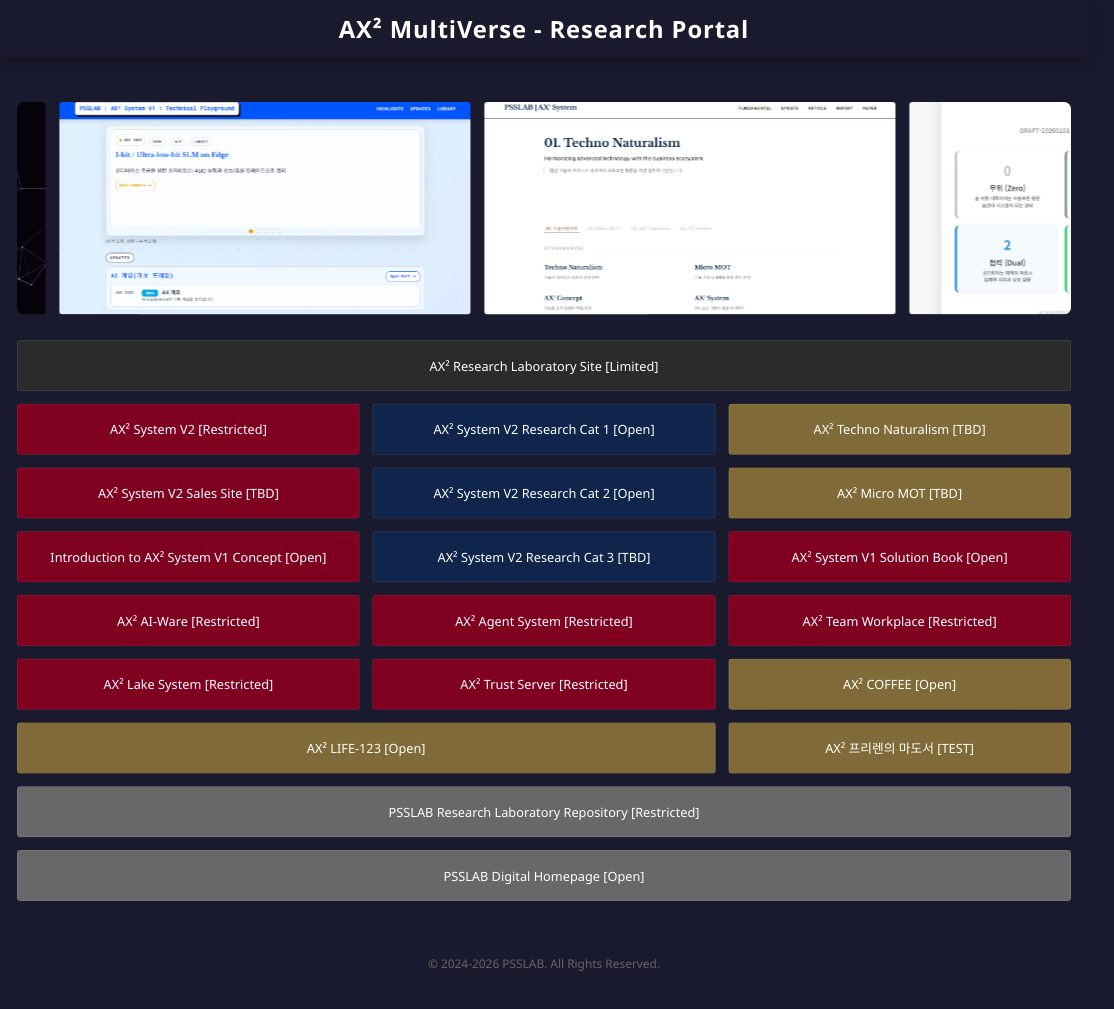
Repository: hycse89/PSSLAB_OpenSite
Page: psslab_multiverse_v3.html
The author's editor kept a copy of each file at every save. The page is drawn from the files as they stood at one save, then again after a run of saves.
The browser window is 1280 px wide. The page is 1310 px wide, so the pictures cover 1310 px, including what lies to the right of the window. The pictures show the whole page, at 85% of full size.

Above is the page before, as saved 2026-01-11 21:53:41.

After the next 2 saves:
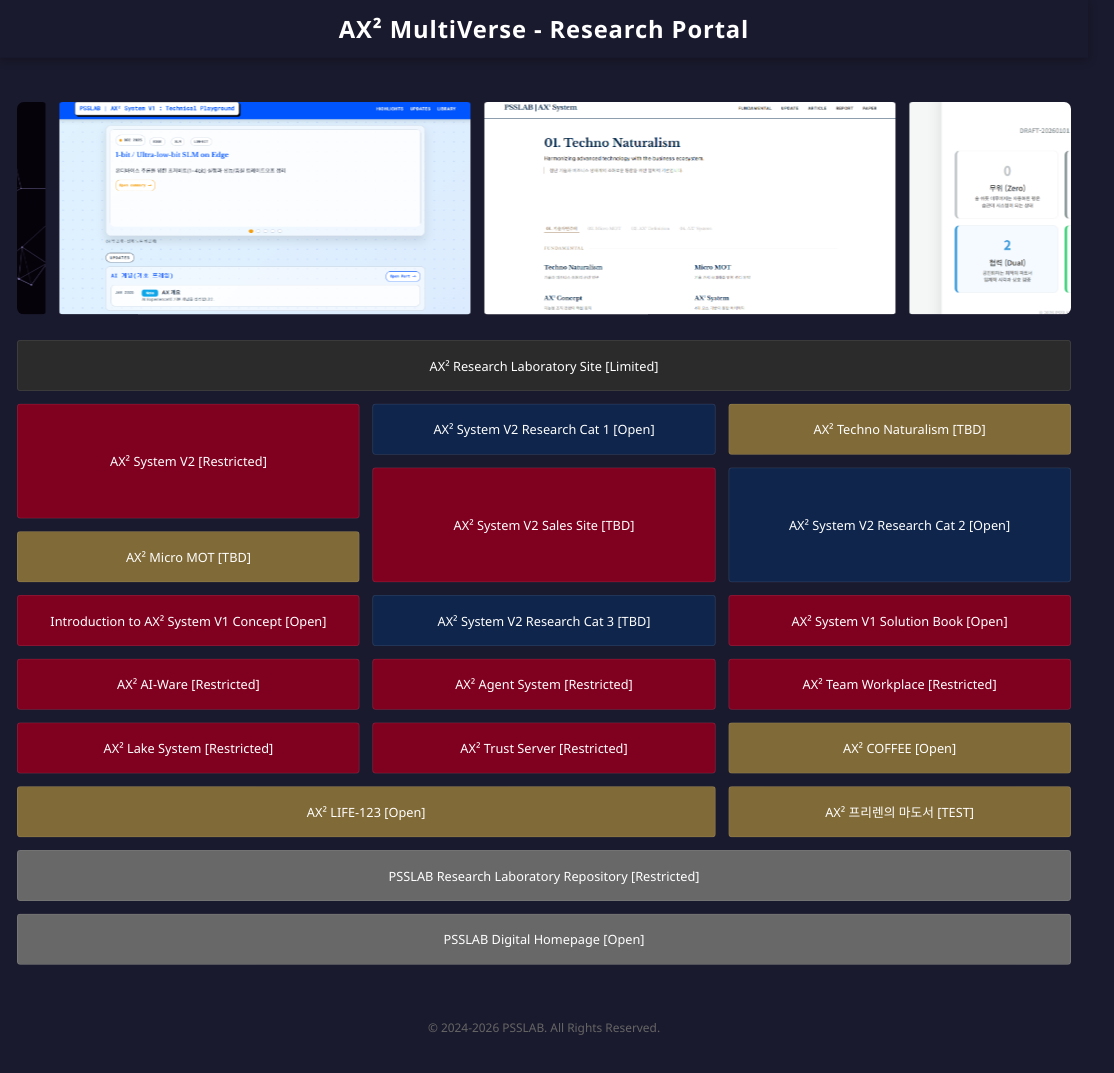
The 2 saves are shown as one change because they came seconds apart.
The last was saved 29 s later.
--- a/psslab_multiverse_v3.html
+++ b/psslab_multiverse_v3.html
@@ -186,12 +186,12 @@
         <div class="link-container">
             <a href="https://hycse89.github.io/PSSLAB_OpenSite/ax2_research_lab/" class="link-button color-4 w-3 h-1">AX² Research Laboratory Site [Limited]</a>
 
-            <a href="http://localhost:8008" class="link-button color-2 h-1">AX² System V2 [Restricted]</a>
+            <a href="http://localhost:8008" class="link-button color-2 h-2">AX² System V2 [Restricted]</a>
             <a href="ax2_v1_20260101/index.html" class="link-button color-1 h-1">AX² System V2 Research Cat 1 [Open]</a>
             <a href="http://localhost:8001/utils/markdown_viewer.html?file=/ax_research/doc/doc_ax_techno_naturalism_v5.md" class="link-button color-3 h-1">AX² Techno Naturalism [TBD]</a>
 
-            <a href="ax2_sales/index.html" class="link-button color-2 w-1 h-1">AX² System V2 Sales Site [TBD]</a>
-            <a href="ax2_v2_20260101/index.html" class="link-button color-1 h-1">AX² System V2 Research Cat 2 [Open]</a>
+            <a href="ax2_sales/index.html" class="link-button color-2 w-1 h-2">AX² System V2 Sales Site [TBD]</a>
+            <a href="ax2_v2_20260101/index.html" class="link-button color-1 h-2">AX² System V2 Research Cat 2 [Open]</a>
             <a href="http://localhost:8001/utils/markdown_viewer.html?file=/ax_research/doc/doc_ax_micro_mot_v2.md" class="link-button color-3 h-1">AX² Micro MOT [TBD]</a>
 
             <a href="ax2_v1_concept/ax2_homepage.html" class="link-button color-2 h-1">Introduction to AX² System V1 Concept [Open]</a>
